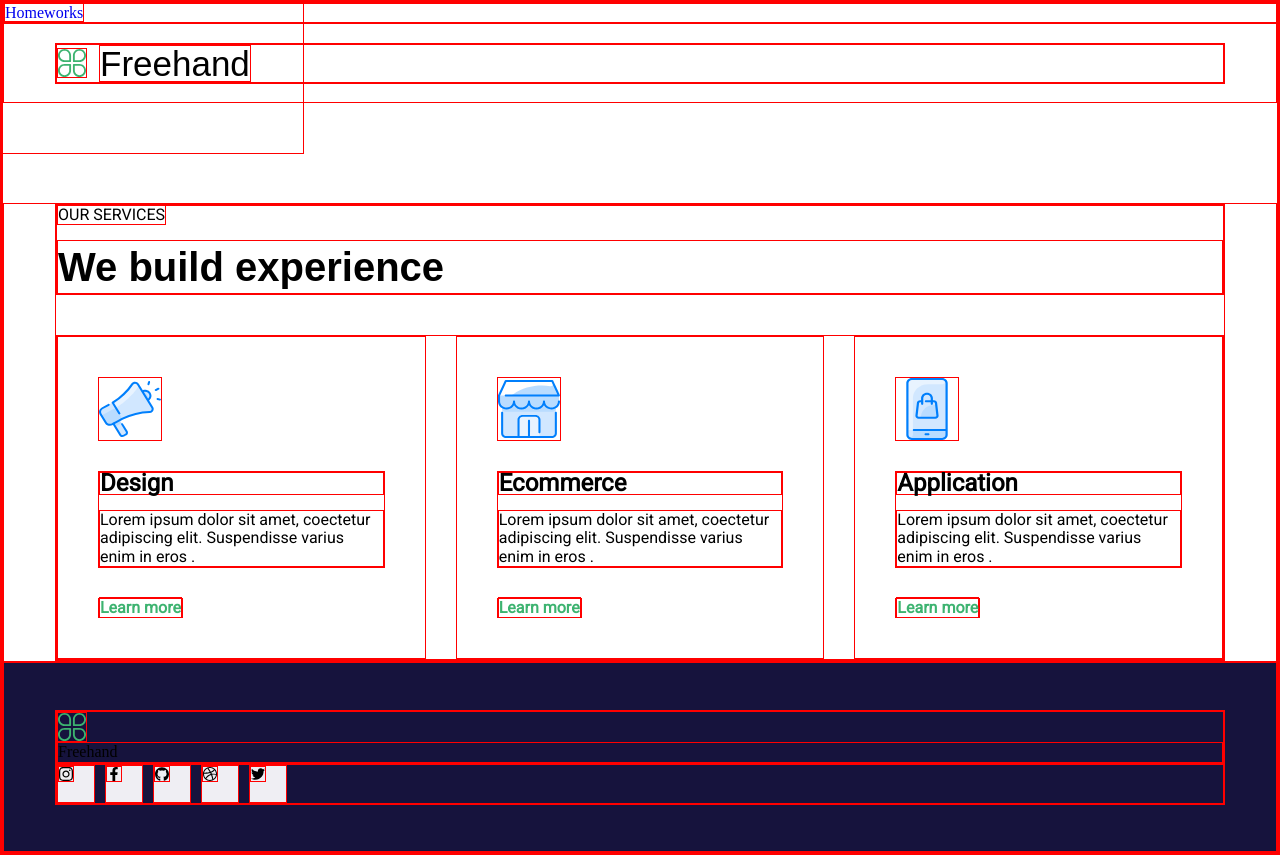
Repository: Tsiniavska/beetroot-test-project
Page: Homeworks/svg/index.html
These files come from the project's save history. The page is drawn as it stood at one moment and after the next save; the edit follows.
The browser window is 1280 px wide. The pictures show the whole page.
Some web fonts or font styles are not loaded; a fallback is used.

Above is the page before, as saved 2024-02-28 22:49:06.

After the next save:
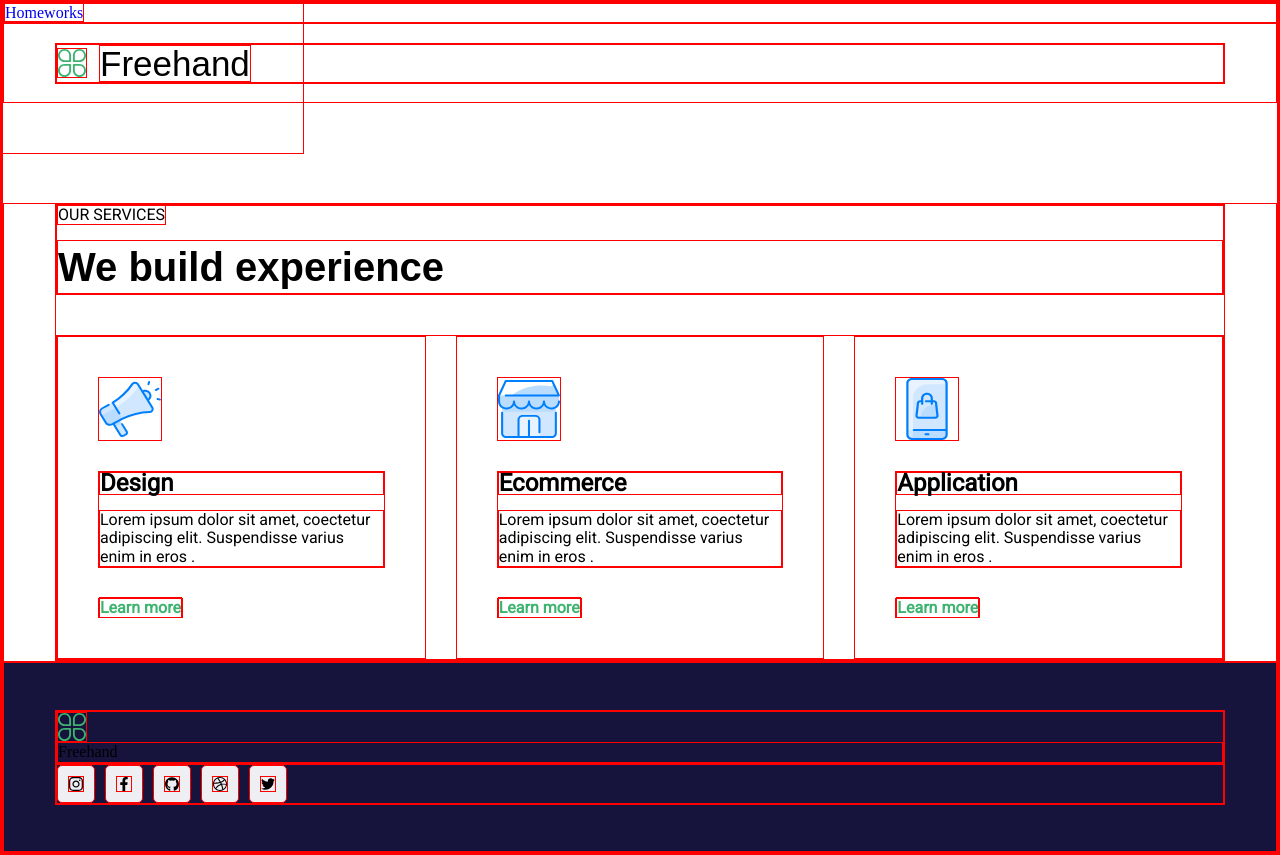
Saved 25 s later.
--- a/Homeworks/svg/index.css
+++ b/Homeworks/svg/index.css
@@ -101,5 +101,8 @@
   width: 38px;
   height: 38px;
   background-color: var(--c-silver-2);
-  border-radius: ;
+  border-radius: 5px;
+  display: flex;
+  justify-content: center;
+  align-items: center;
 }
